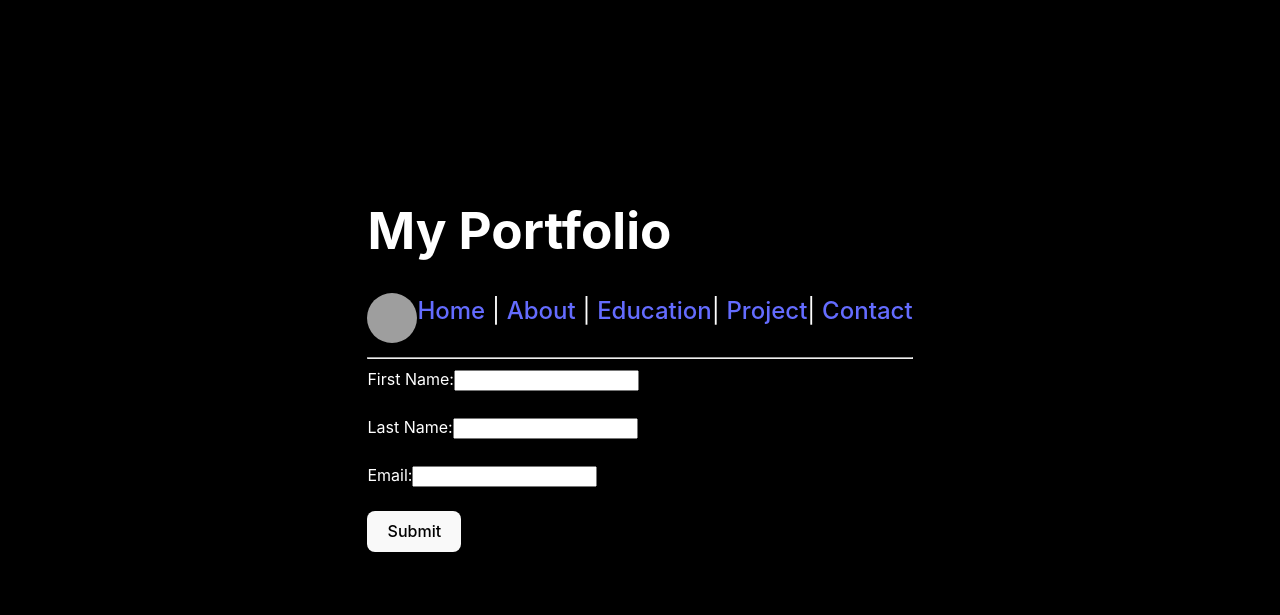
Repository: aislandmin/Personal-Portfolio-Express-MongoDB
Page: /project (app in client/)
These files come from the project's save history. The page is drawn as it stood at one moment and after a run of saves; the edit follows.
The browser window is 1280 px wide. The pictures show the whole page.
Pictures or frames that could not be fetched are drawn as grey boxes. The project was rebuilt for these pictures with package versions that can differ from the ones it lists, and the page was loaded fresh each time. Also part of the build but not shown: client/vite.config.js, client/components/Home.jsx, client/src/about.css, client/src/about.jsx, client/contact/api-contact.js, client/src/contact.jsx, client/qualification/api-qualification.js, client/src/education.jsx.

Above is the page before, as saved 2024-10-12 00:47:31.

### client/src/App.jsx
import React from 'react';
import { BrowserRouter as Router } from 'react-router-dom';
//import { ThemeProvider } from '@material-ui/styles';
import MainRouter from '../MainRouter';
//import Contact from './contact'
//import theme from '../theme';
//import { hot } from 'react-hot-loader'
const App = () => {
 return (
 <Router>

 <MainRouter />

 </Router>
 );
};
export default App;

### client/src/index.css
:root {
  font-family: Inter, system-ui, Avenir, Helvetica, Arial, sans-serif;
  line-height: 1.5;
  font-weight: 400;

  color-scheme: light dark;
  color: rgba(255, 255, 255, 0.87);
  background-color: #242424;

  font-synthesis: none;
  text-rendering: optimizeLegibility;
  -webkit-font-smoothing: antialiased;
  -moz-osx-font-smoothing: grayscale;
}

a {
  font-weight: 500;
  color: #646cff;
  text-decoration: inherit;
}
a:hover {
  color: #535bf2;
}

body {
  margin: 0;

  place-items: center;
  min-width: 320px;
  min-height: 100vh;
  background-color:black;
  color:white;
  align-content: center;
}

h1 {
  font-size: 3.2em;
  line-height: 1.1;
}

button {
  border-radius: 8px;
  border: 1px solid transparent;
  padding: 0.6em 1.2em;
  font-size: 1em;
  font-weight: 500;
  font-family: inherit;
  background-color: #1a1a1a;
  cursor: pointer;
  transition: border-color 0.25s;
}
button:hover {
  border-color: #646cff;
}
button:focus,
button:focus-visible {
  outline: 4px auto -webkit-focus-ring-color;
}

@media (prefers-color-scheme: light) {
  :root {
    color: #213547;
    background-color: #ffffff;
  }
  a:hover {
    color: #747bff;
  }
  button {
    background-color: #f9f9f9;
  }
}

nav {
float:right;
font-size:x-large;

}






.bg{
  position:absolute;
  top: -4em;
  right: 0;
  z-index: -1;
  object-fit: cover;
  height: 100vh;

}

.introContent {
  height: 100vh;
  width: 100vw;
  padding: 3em;
  padding-top: 1em;
  font-size: 3em;
  font-weight: 700;

  justify-content: center;
}

.hello {
  font-size: 1.75rem;
  font-weight:100px;
}

.introName {
  color: Blue;
}


.introPara {
  font-size: 40px;
  font-weight: 100;
}

.btn {
  background: white;
  margin: 1rem 0;
  padding: 0.75rem 1.5rem;
  border: none;
  border-radius: 2rem;
}


.btnImg{
  object-fit: cover;
  margin: 0 0.25rem;
  height: 1rem;
}

@media screen and (max-width:480px){
  .bg {
    right: -20vw
  }
}

img{
border-radius: 90%;
size: 40px;

}

html{
  scroll-behavior: smooth;
  overflow-x: hidden;
  overflow-y: scroll;
  margin-left: auto;
  margin-right: auto;
}

### client/MainRouter.jsx
import React from 'react'
import { Route, Routes } from 'react-router-dom'
import Home from './components/Home'
import About from './src/about'
import Contact from './src/contact'
import Education from './src/education'
import Project from './src/project'
import Layout from './components/layout'
const MainRouter = () => {
 return (<div>
 <Layout/>
 <Routes>

<Route exact path="/" element={<Home />} />
<Route exact path="/about" element={<About />} />
<Route exact path="/education" element={<Education />} />
<Route exact path="/project" element={<Project />} />
<Route exact path="/contact" element={<Contact />} />

 </Routes>
 </div>
 )
}
export default MainRouter

### client/src/project.jsx
/*import project1 from '../src/assets/project1.png';
import project2 from '../src/assets/project2.jpg';
import project3 from '../src/assets/project3.jpg';
import project4 from '../src/assets/project4.jpg';
import project5 from '../src/assets/project5.jpg';
import project6 from '../src/assets/project6.jpg';
import { Link } from 'react-router-dom';
import '../src/index.css'
import '../src/project.css'
import projectn2 from '../src/assets/projectn2.jfif';
export default function Project() {
     return <>

     <section id="works">

          <h2 className="worksTitle">Projects</h2>
          <div>
    <img src={projectn2} alt="contact1" className="worksImg"  width="1500px" height="80px"/><br/><br/>
    </div>
          <span className="worksDesc">I take pride in paying attention to the smallest details and making sure my work is pixel perfect/
          I am excited to bring my skills and experience to help businesses achieve their goals and create a strong online presence.</span>
          <div className="worksImgs">
                   <img src={project1} alt="project1" className="worksImg" /><br/><br/>
                   <img src={project2} alt="project2" className="worksImg" /><br/><br/>
                   <img src={project3} alt="project3" className="worksImg" /><br/><br/>
                   <img src={project4} alt="project4" className="worksImg" /><br/><br/>
                   <img src={project5} alt="project5" className="worksImg" /><br/><br/>
                   <img src={project6} alt="project6" className="worksImg" /><br/><br/>


               </div>
               <form id="ppy">

                    <label htmlFor="myTitle"> *Title: </label>
				<input type="text" id="myTitle" name="myTitle" required="required" autoFocus /> <br /> <br />


				<label htmlFor="myFName"> *First Name: </label>
				<input type="text" id="myFName" name="myFName" required="required" autoFocus /> <br /> <br />

				<label htmlFor="myLName"> *Last Name: </label>
				<input type="text" id="myLName" name="myLName" required="required" /> <br /> <br />


				<label htmlFor="myEmail"> *Email: </label>
				<input type="email" id="myEmail" name="myEmail" required="required" /> <br /> <br />

                    <label htmlFor="myDate"> *Completion Date: </label>
				<input type="date" id="myDate" name="myDate" required="required" /> <br /> <br />

                    <label htmlFor="myDescription"> *Description: </label>
				<input type="text" id="myDescription" name="myDescription" required="required" /> <br /> <br />

				<input type="submit" className="submit" value="Submit" /> <br />


		</form>
         <br/>
          <button className="workBtn">See More</button>


     </section>


     </>
    }
    */
    import React, { useState } from "react";
    import { useForm } from "react-hook-form";
    import {create} from '../project/api-project.js'

    export default function Project() {
      const [values, setValues] = useState({
          title:"",
        firstname: "",
        lastname: "",
        email: "",
        completion:"",
        description:""
        //error: "",
        //redirectToReferrer: false,
      });

      // Destructuring methods from react-hook-form
      const { register, handleSubmit, formState: { errors } } = useForm();

      // Submission function for the form
      const submitForm = () => {
        // Logging form values on submit
        const project = {
          firstname: values.firstname || undefined,
          lastname: values.lastname || undefined,
          email: values.email || undefined,
          completion: values.email || undefined,
          description: values.email || undefined,
          //error: values.error || undefined,
          //redirectToReferrer: values.redirectToReferrer || undefined,
        };

        console.log(project);
        create(project);

        // Optionally, set the values state here if you need to update it

      };

      const handleChange = name => event => {
        setValues({ ...values, [name]: event.target.value })
      }
      return (
        <form onSubmit={handleSubmit(submitForm)}>
          {/* First Name */}
          <label htmlFor="firstname">First Name:</label>
          <input
            {...register("firstname", { required: "First name is required" })}
            value={values.firstname} onChange={handleChange('firstname')}
          />
          {errors.firstname && <p>{errors.firstname.message}</p>}
          <br /><br />

          {/* Last Name */}
          <label htmlFor="lastname">Last Name:</label>
          <input
            {...register("lastname", { required: "Last name is required" })}
            value={values.lastname} onChange={handleChange('lastname')}
          />
          {errors.lastname && <p>{errors.lastname.message}</p>}
          <br /><br />

          {/* Email */}
          <label htmlFor="email">Email:</label>
          <input
            type="email"
            {...register("email", { required: "Email is required" } )}
            value={values.email} onChange={handleChange('email')}
          />
          {errors.email && <p>{errors.email.message}</p>}
          <br /><br />

          {/* Submit Button */}
          <button type="submit">Submit</button>
        </form>
      );
    }

### client/components/layout.jsx
import React from 'react';
import { Link } from 'react-router-dom';
import football1 from '../src/assets/app.png';
export default function Layout() {
 return (
 <>

 <h1>My Portfolio</h1>

 < img src={football1}alt="football" className="football" width="50px" height="50px"/>
 <nav>

 <Link to="/">Home</Link> | <Link to="/about">About</Link> | <Link to="/education">Education</Link>| <Link to="/project">Project</Link>| <Link to="/contact">Contact</Link>
 </nav>

<br/>
 <hr />

 </>

 );
}

### client/project/api-project.js
const create = async (user) => {
    try {
    let response = await fetch('/api/projects/', {
    method: 'POST',
    headers: {
    'Accept': 'application/json',
    'Content-Type': 'application/json'
    },
    body: JSON.stringify(user)
    })
    return await response.json()
    } catch(err) {
    console.log(err)
    }
    }
    const list = async (signal) => {
    try {
    let response = await fetch('/api/projects/', {
    method: 'GET',
    signal: signal,
    })
    return await response.json()
    } catch(err) {
    console.log(err)
    }
    }
    const read = async (params, credentials, signal) => {
    try {
    let response = await fetch('/api/projects/' + params.userId, {
    method: 'GET',
    signal: signal,
    headers: {
    'Accept': 'application/json',
    'Content-Type': 'application/json',
    'Authorization': 'Bearer ' + credentials.t
    }
    })
    return await response.json()
    } catch(err) {
    console.log(err)
    }
    }
    const update = async (params, credentials, user) => {
    try {
    let response = await fetch('/api/projects/' + params.userId, {
    method: 'PUT',
    headers: {
    'Accept': 'application/json',
    'Content-Type': 'application/json',
    'Authorization': 'Bearer ' + credentials.t
    },
    body: JSON.stringify(user)
    })
    return await response.json()
    } catch(err) {
    console.log(err)
    }
    }
    const remove = async (params, credentials) => {
    try {
    let response = await fetch('/api/projects/' + params.userId, {
    method: 'DELETE',
    headers: {
    'Accept': 'application/json',
    'Content-Type': 'application/json',
    'Authorization': 'Bearer ' + credentials.t
    }
    })
    return await response.json()
    } catch(err) {
    console.log(err)
    }
    }
    export { create, list, read, update, remove }

Loaded but not shown: client/index.html (common file); client/src/main.jsx (common file)

After the next 2 saves:
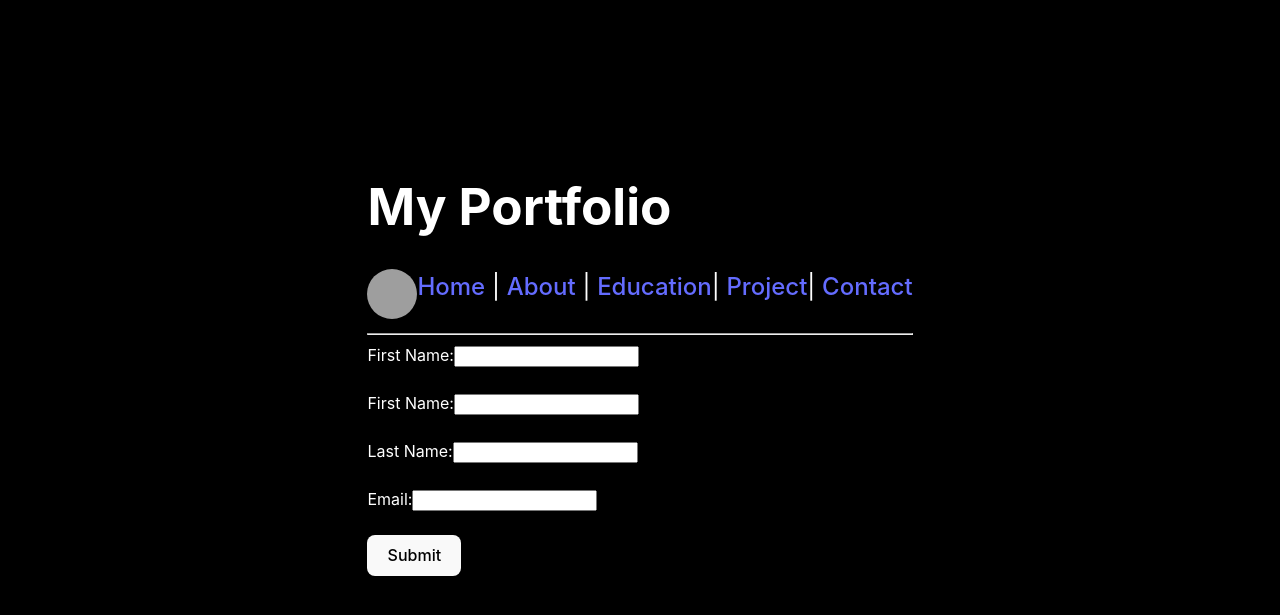
The 2 saves are shown as one change because they came seconds apart.
The last was saved 63 s later.
--- a/client/src/project.jsx
+++ b/client/src/project.jsx
@@ -109,6 +109,16 @@ export default function Project() {
       }
       return (
         <form onSubmit={handleSubmit(submitForm)}>
+
+          {/* First Name */}
+          <label htmlFor="firstname">First Name:</label>
+          <input
+            {...register("firstname", { required: "First name is required" })}
+            value={values.firstname} onChange={handleChange('firstname')}
+          />
+          {errors.firstname && <p>{errors.firstname.message}</p>}
+          <br /><br />
+
           {/* First Name */}
           <label htmlFor="firstname">First Name:</label>
           <input
